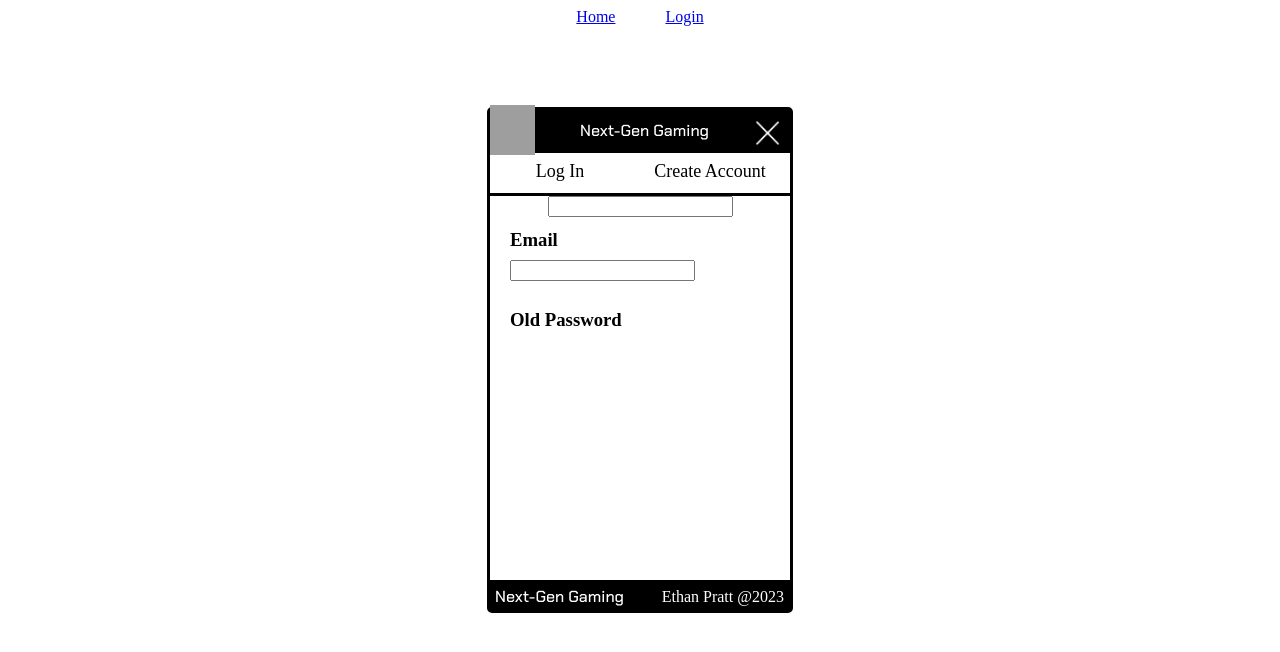
Repository: ghend99/login-page
Page: /change
The author's editor kept a copy of each file at every save. The page is drawn from the files as they stood at one save, then again after the next save.
The browser window is 1280 px wide. The pictures show the whole page.
Pictures or frames that could not be fetched are drawn as grey boxes. The project was rebuilt for these pictures with package versions that can differ from the ones it lists, and the page was loaded fresh each time. Also part of the build but not shown: src/css/Create2.css, src/pages/Home.tsx, src/config/firebase.ts, src/pages/Login.tsx, src/css/Create.css, src/pages/Create.tsx, src/pages/Create2.tsx.

Above is the page before, as saved 2023-02-15 14:43:09.

After the next save:
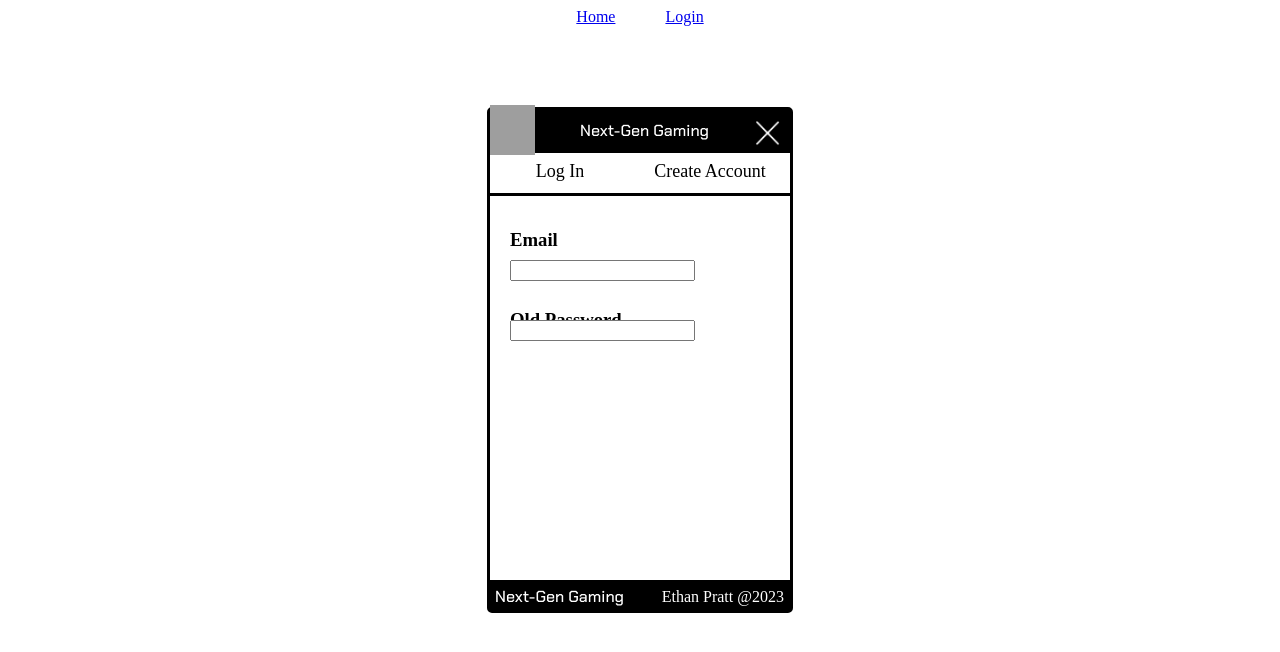
Saved 14 s later.
--- a/src/css/Change.css
+++ b/src/css/Change.css
@@ -32,3 +32,10 @@
   top: 180px;
   left: 20px;
 }
+
+.change-input--old-password {
+  position: absolute;
+  display: flex;
+  top: 210px;
+  left: 20px;
+}
